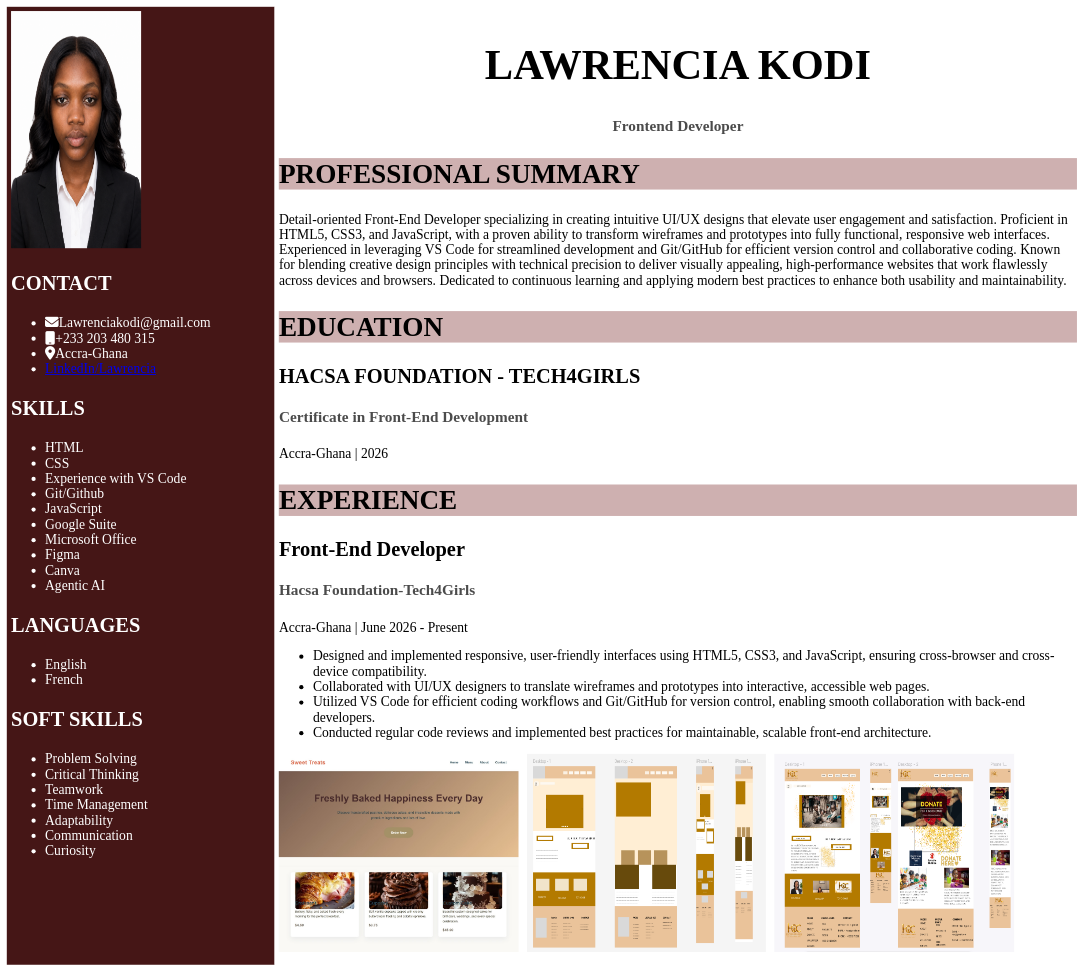
Repository: lawrencia-coder/T4G_CV
Page: index.html
An editor plug-in stored every save of this project. The page is shown before and after the next save, followed by the edit.
The browser window is 1280 px wide. The pictures show the whole page, at 85% of full size.
Some icons come from a web library that is not loaded, so they are not drawn. Some web libraries are served in a nearby version.

Above is the page before, as saved 2026-07-15 08:45:29.

After the next save:
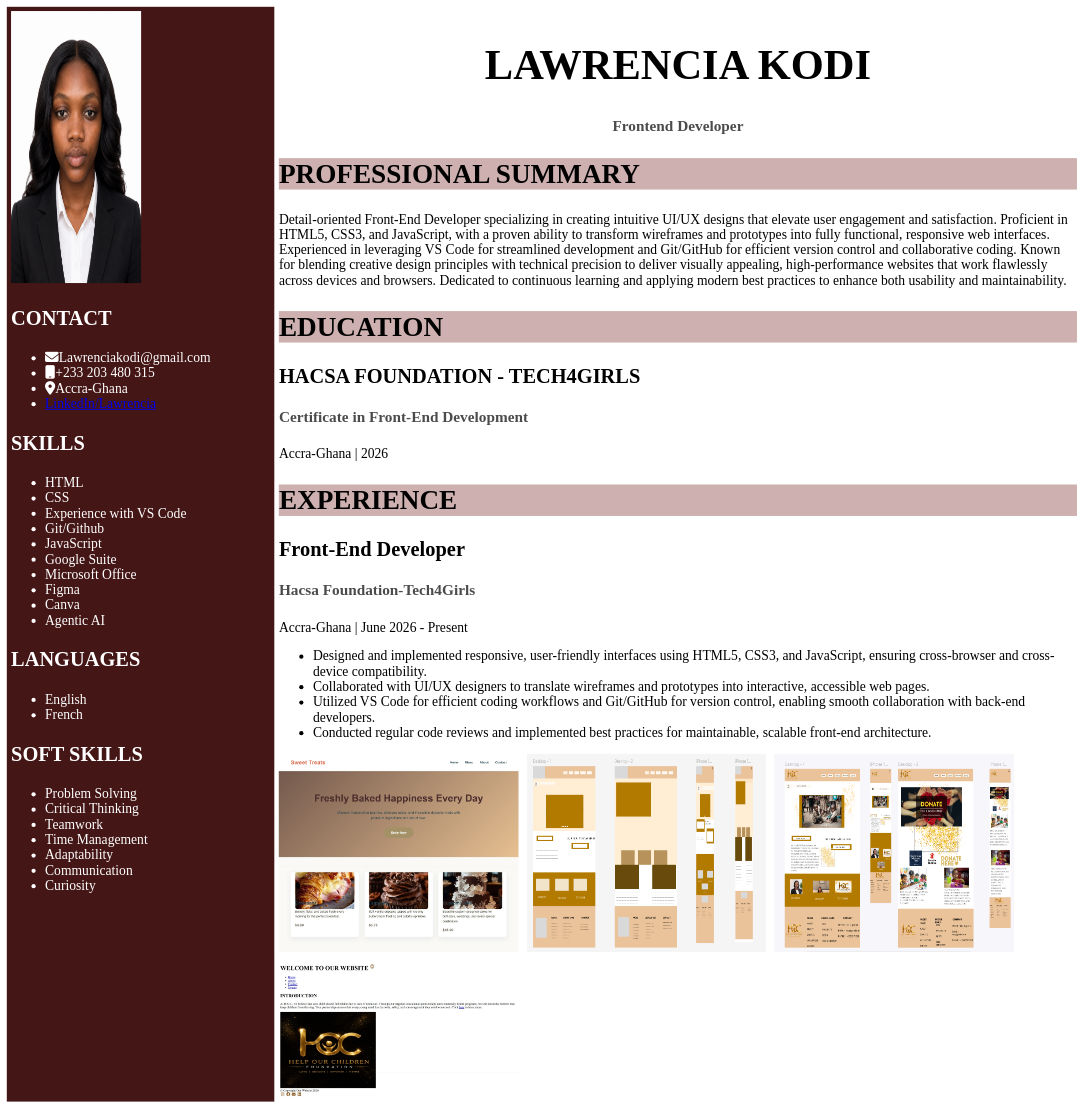
Saved 23 s later.
--- a/index.html
+++ b/index.html
@@ -93,7 +93,7 @@
                     <img src="images/Screenshot_15-7-2026_84035_lawrencia-coder.github.io.jpeg" alt="">
                     <img src="images/Screenshot 2026-07-15 082621.png" alt="">
                     <img src="images/Screenshot 2026-07-15 082739.png" alt="">
-                    <img src="" alt="">
+                    <img src="images/Screenshot_15-7-2026_83441_lawrencia-coder.github.io.jpeg" alt="">
                     <img src="" alt="">
                  </div>
          </div>
